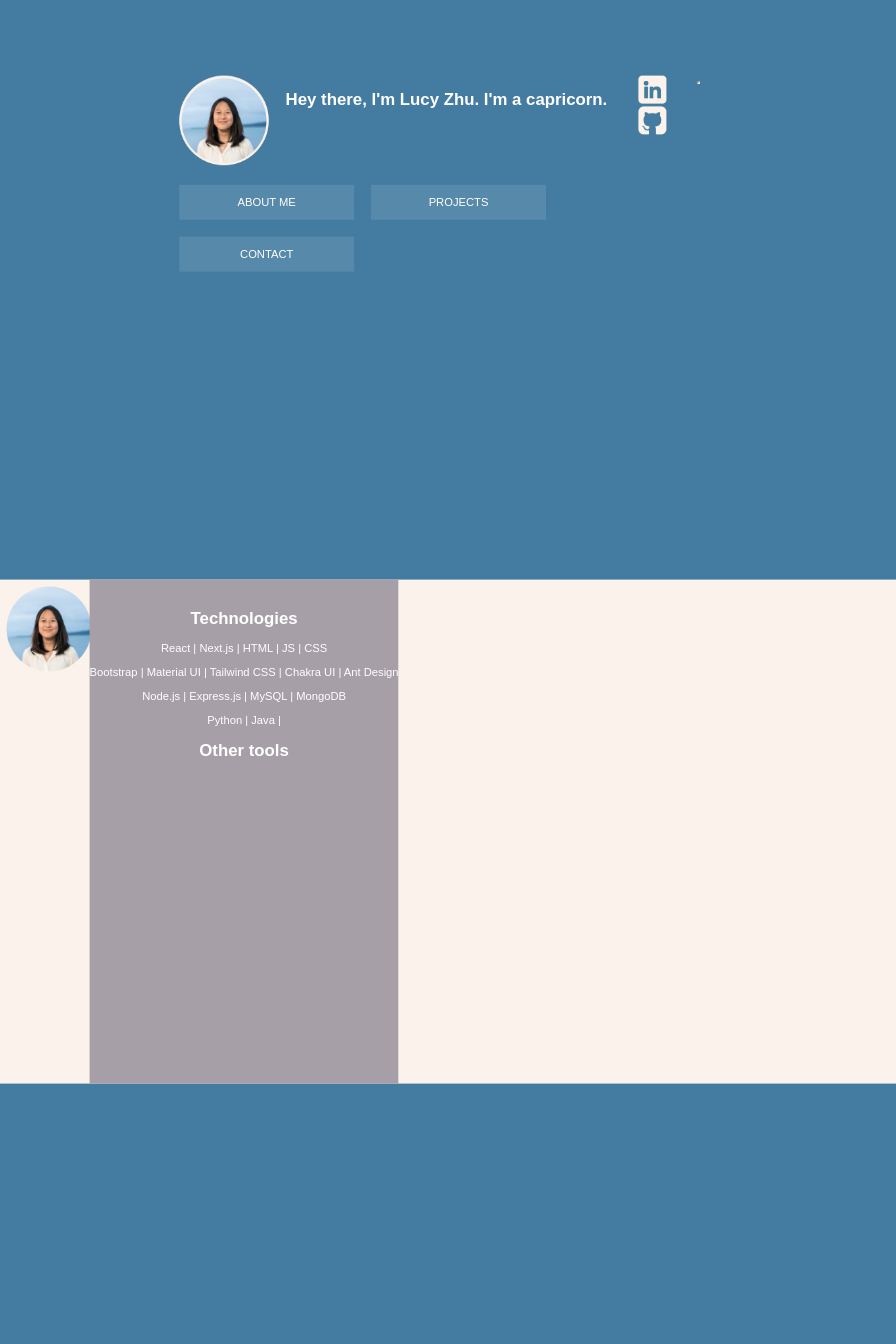
Repository: lukisoo/lukisoo-portfolio
Page: /
These files come from the project's save history. The page is drawn as it stood at one moment and after the next save; the edit follows.
The browser window is 1280 px wide. The pictures show the part of the page from y = 0 to 1920 px (the page is 2988 px tall), at 70% of full size.
The project was rebuilt for these pictures with package versions that can differ from the ones it lists, and the page was loaded fresh each time.

Above is the page before, as saved 2022-07-31 06:56:56.

### public/index.html
<!DOCTYPE html>
<html lang="en">
  <head>
    <meta charset="utf-8" />
    <link rel="icon" href="%PUBLIC_URL%/favicon.ico" />
    <meta name="viewport" content="width=device-width, initial-scale=1" />
    <meta name="theme-color" content="#000000" />
    <meta
      name="description"
      content="Web site created using create-react-app"
    />
    <link rel="apple-touch-icon" href="%PUBLIC_URL%/logo192.png" />
    <!--
      manifest.json provides metadata used when your web app is installed on a
      user's mobile device or desktop. See https://developers.google.com/web/fundamentals/web-app-manifest/
    -->
    <link rel="manifest" href="%PUBLIC_URL%/manifest.json" />
    <!--
      Notice the use of %PUBLIC_URL% in the tags above.
      It will be replaced with the URL of the `public` folder during the build.
      Only files inside the `public` folder can be referenced from the HTML.

      Unlike "/favicon.ico" or "favicon.ico", "%PUBLIC_URL%/favicon.ico" will
      work correctly both with client-side routing and a non-root public URL.
      Learn how to configure a non-root public URL by running `npm run build`.
    -->
    <title>Lucy Zhu's Portfolio</title>
  </head>
  <body>
    <noscript>You need to enable JavaScript to run this app.</noscript>
    <div id="root"></div>
    <!--
      This HTML file is a template.
      If you open it directly in the browser, you will see an empty page.

      You can add webfonts, meta tags, or analytics to this file.
      The build step will place the bundled scripts into the <body> tag.

      To begin the development, run `npm start` or `yarn start`.
      To create a production bundle, use `npm run build` or `yarn build`.
    -->
  </body>
</html>

### src/index.js
import React from "react";
import {
  BrowserRouter as Router,
  Route,
  BrowserRouter,
} from "react-router-dom";
import ReactDOM from "react-dom/client";
import "./index.css";
import App from "./App";
import reportWebVitals from "./reportWebVitals";

const root = ReactDOM.createRoot(document.getElementById("root"));
root.render(
  <React.StrictMode>
    <BrowserRouter>
        <App />
    </BrowserRouter>
  </React.StrictMode>
);

// If you want to start measuring performance in your app, pass a function
// to log results (for example: reportWebVitals(console.log))
// or send to an analytics endpoint. Learn more: https://bit.ly/CRA-vitals
reportWebVitals();

### src/index.css
@import url('https://fonts.googleapis.com/css2?family=Source+Sans+Pro:ital,wght@0,200;0,300;0,400;0,600;0,700;0,900;1,200;1,300;1,400;1,600;1,700;1,900&display=swap');

body {
  margin: 0;
  /* font-family: -apple-system, BlinkMacSystemFont, 'Segoe UI', 'Roboto', 'Oxygen',
    'Ubuntu', 'Cantarell', 'Fira Sans', 'Droid Sans', 'Helvetica Neue',
    sans-serif; */
    font-family: arial;
  -webkit-font-smoothing: antialiased;
  -moz-osx-font-smoothing: grayscale;
  background-color: #447BA1;
  color: white;
  /* font-family: 'Source Sans Pro', sans-serif; */
  overflow-x: hidden;
}

code {
  font-family: source-code-pro, Menlo, Monaco, Consolas, 'Courier New',
    monospace;
}

a {
  text-decoration: none;
}

### src/App.js
import "./App.css";

import { Link } from "react-router-dom";
import Grid from "@mui/material/Grid";

import ProfilePhoto from "./images/header/profile-photo.png";
import LinkedinLogo from "./images/header/linkedin-logo.png";
import GithubLogo from "./images/header/github-logo.png";

function App() {
  return (
    <div className="App">
      <header className="full-section">
        <div className="header-content">
          <Grid container spacing={3}>
            <Grid item xs={12} md={12}>
              <img
                src={ProfilePhoto}
                className="profile-photo"
                alt="Profile Photo"
              />
            </Grid>
            <Grid item xs={12} md={12}>
              <h2>Hey there, I'm Lucy Zhu. I'm a capricorn.</h2>
            </Grid>
            <Grid item xs={12} md={12}>
              <a href="https://www.linkedin.com/in/lucyzhu613/">
                {" "}
                <img
                  src={LinkedinLogo}
                  className="social-logo"
                  alt="Linkedin Logo"
                />
              </a>
              <a href="https://github.com/lukisoo">
                <img
                  src={GithubLogo}
                  className="social-logo"
                  alt="Github Logo"
                />
              </a>
            </Grid>
            <Grid item xs={12} md={12}>
              <hr className="header-divider" />
            </Grid>
            <Grid item xs={12} md={4}>
              <a href="#about-me-section">
                <div className="box-1">
                  <div className="btn btn-one">
                    <span>ABOUT ME</span>
                  </div>
                </div>
              </a>
            </Grid>
            <Grid item xs={12} md={4}>
              <a href="#projects-section">
                <div className="box-1">
                  <div className="btn btn-one">
                    <span>PROJECTS</span>
                  </div>
                </div>
              </a>
            </Grid>
            <Grid item xs={12} md={4}>
              <a href="#contact-section">
                <div className="box-1">
                  <div className="btn btn-one">
                    <span>CONTACT</span>
                  </div>
                </div>
              </a>
            </Grid>
          </Grid>
        </div>
      </header>

      <section id="about-me-section" className="full-section">
        <div className="about-me-content">
          <Grid container spacing={0}>
            <Grid item xs={12} md={4}>
              <div className="about-me-left">
                <div className="details-content"><img
                src={ProfilePhoto}
                className="profile-photo"
                alt="Profile Photo"
              /></div>

              </div>
            </Grid>
            <Grid item xs={12} md={8}>
              <div className="about-me-right">
                <div className="skills-content">
                  <h2>Technologies</h2>
                  <p>React | Next.js | HTML | JS | CSS</p>
                  <p>Bootstrap | Material UI | Tailwind CSS | Chakra UI | Ant Design</p>
                  <p>Node.js | Express.js | MySQL | MongoDB</p>
                  <p>Python | Java | </p>
                  <h2>Other tools</h2>
                </div>

                {/* <Grid container spacing={2}>
                  <Grid item xs={6} md={8}>
                    <p>hey</p>
                  </Grid>
                  <Grid item xs={6} md={4}>
                    <p>hey</p>
                  </Grid>
                </Grid> */}
              </div>
            </Grid>
          </Grid>
        </div>
      </section>

      <section id="projects-section" className="full-section">
        <div>
          <Grid container spacing={2}>
            <Grid item xs={6} md={8}></Grid>
            <Grid item xs={6} md={4}></Grid>
            <Grid item xs={6} md={4}></Grid>
            <Grid item xs={6} md={8}></Grid>
          </Grid>
        </div>
      </section>

      <section id="contact-section" className="full-section">
        <div>
          {" "}
          <Grid container spacing={2}>
            <Grid item xs={6} md={8}></Grid>
            <Grid item xs={6} md={4}></Grid>
            <Grid item xs={6} md={4}></Grid>
            <Grid item xs={6} md={8}></Grid>
          </Grid>
        </div>
      </section>
    </div>
  );
}

export default App;

### src/App.css
.App {
  text-align: center;
  margin: 0;
}

/* Section Content */
.full-section {
  height: 100vh;
  width: 100vw;
}

/* Buttons */
.box-1 {
  /* background-color: hsl(0, 100%, 70%);  */
  width: 250px;
  margin: auto;
}

.btn {
	line-height: 50px;
	height: 50px;
	text-align: center;
	width: 250px;
	cursor: pointer;
}

.btn-one {
	color: #FFF;
	transition: all 0.3s;
	position: relative;
}
.btn-one span {
	transition: all 0.3s;
}
.btn-one::before {
	content: '';
	position: absolute;
	bottom: 0;
	left: 0;
	width: 100%;
	height: 100%;
	z-index: 1;
	opacity: 0;
	transition: all 0.3s;
	border-top-width: 1px;
	border-bottom-width: 1px;
	border-top-style: solid;
	border-bottom-style: solid;
	border-top-color: rgba(255,255,255,0.5);
	border-bottom-color: rgba(255,255,255,0.5);
	transform: scale(0.1, 1);
}
.btn-one:hover span {
	letter-spacing: 2px;
}
.btn-one:hover::before {
	opacity: 1;
	transform: scale(1, 1);
}
.btn-one::after {
	content: '';
	position: absolute;
	bottom: 0;
	left: 0;
	width: 100%;
	height: 100%;
	z-index: 1;
	transition: all 0.3s;
	background-color: rgba(255,255,255,0.1);
}
.btn-one:hover::after {
	opacity: 0;
	transform: scale(0.1, 1);
}

/* Header CSS */
.header-content {
  width: 60vw;
  height: 70vh;
  margin: 0 auto 0 auto;
  margin-top: 15vh;
  /* background-color: red; */
}

.header-divider {
  color: white;
  border-width: 2px;
}

.profile-photo {
  width: 10vw;
  height: auto;
}

.social-logo {
  width: 40px;
  height: auto;
  padding: 0 1% 0 1%;
}

.social-logo:hover {
  opacity: 0.8;
  cursor: pointer;
}

/* About Me CSS */
#about-me-section {
  background-color: #FBF2EB;
}

.about-me-content {
  height: 100vh;
  width: 100vw;
}

.about-me-left {

}

.details-content {
  padding: 5%;
}

.about-me-right {
  background-color: #A79FA7;
  height: 100vh;

}

.skills-content {
  padding: 5% 0 5% 0;
}

/* Projects CSS */

/* Contact CSS */

#contact-section {
  background-color: #FBF2EB;
}

Loaded but not shown: src/reportWebVitals.js (common file)

After the next save:
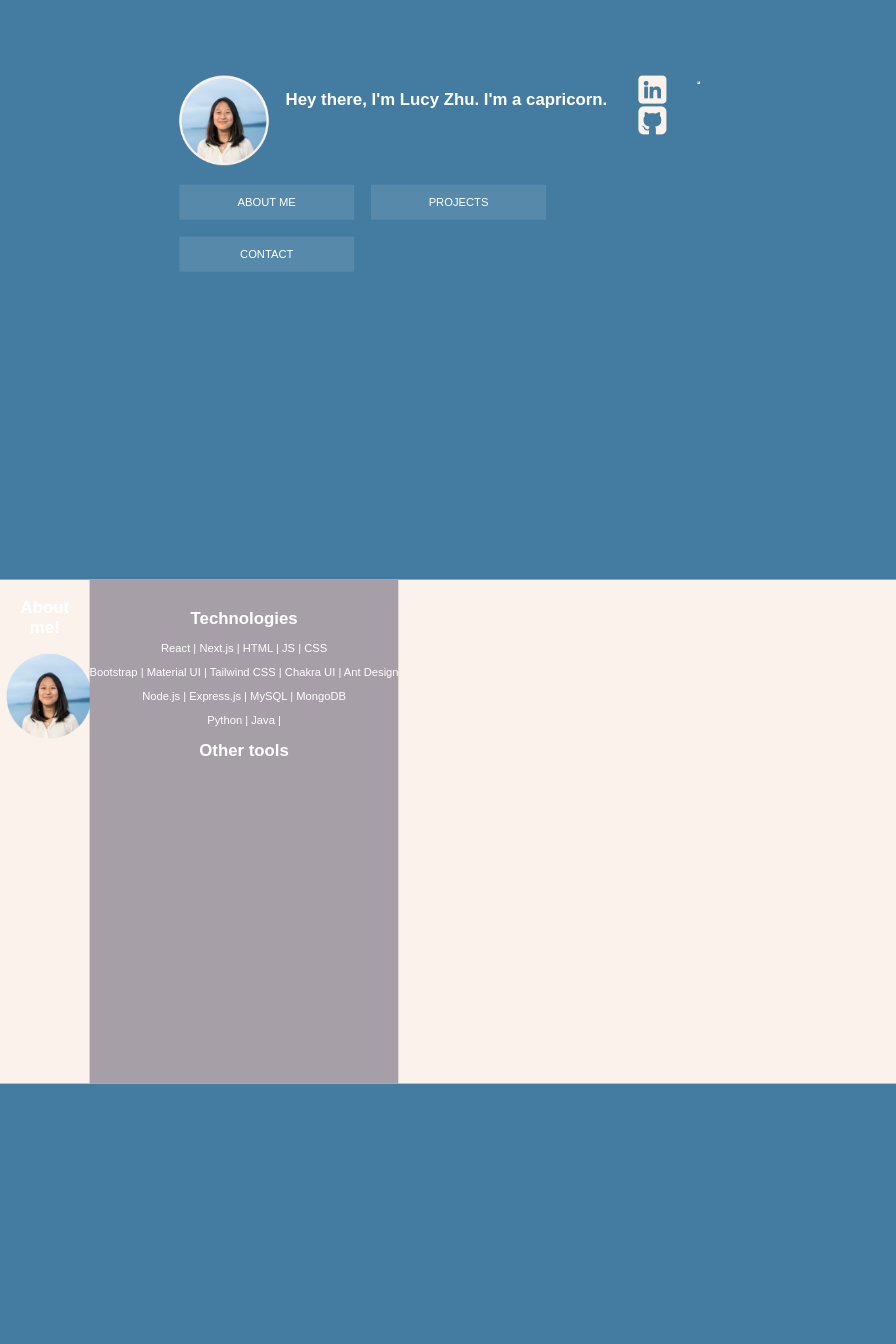
Saved 10 s later.
--- a/src/App.js
+++ b/src/App.js
@@ -79,12 +79,14 @@ function App() {
           <Grid container spacing={0}>
             <Grid item xs={12} md={4}>
               <div className="about-me-left">
-                <div className="details-content"><img
-                src={ProfilePhoto}
-                className="profile-photo"
-                alt="Profile Photo"
-              /></div>
-
+                <div className="details-content">
+                <h1>About me!</h1>
+                  <img
+                    src={ProfilePhoto}
+                    className="profile-photo"
+                    alt="Profile Photo"
+                  />
+                </div>
               </div>
             </Grid>
             <Grid item xs={12} md={8}>
@@ -92,7 +94,10 @@ function App() {
                 <div className="skills-content">
                   <h2>Technologies</h2>
                   <p>React | Next.js | HTML | JS | CSS</p>
-                  <p>Bootstrap | Material UI | Tailwind CSS | Chakra UI | Ant Design</p>
+                  <p>
+                    Bootstrap | Material UI | Tailwind CSS | Chakra UI | Ant
+                    Design
+                  </p>
                   <p>Node.js | Express.js | MySQL | MongoDB</p>
                   <p>Python | Java | </p>
                   <h2>Other tools</h2>
